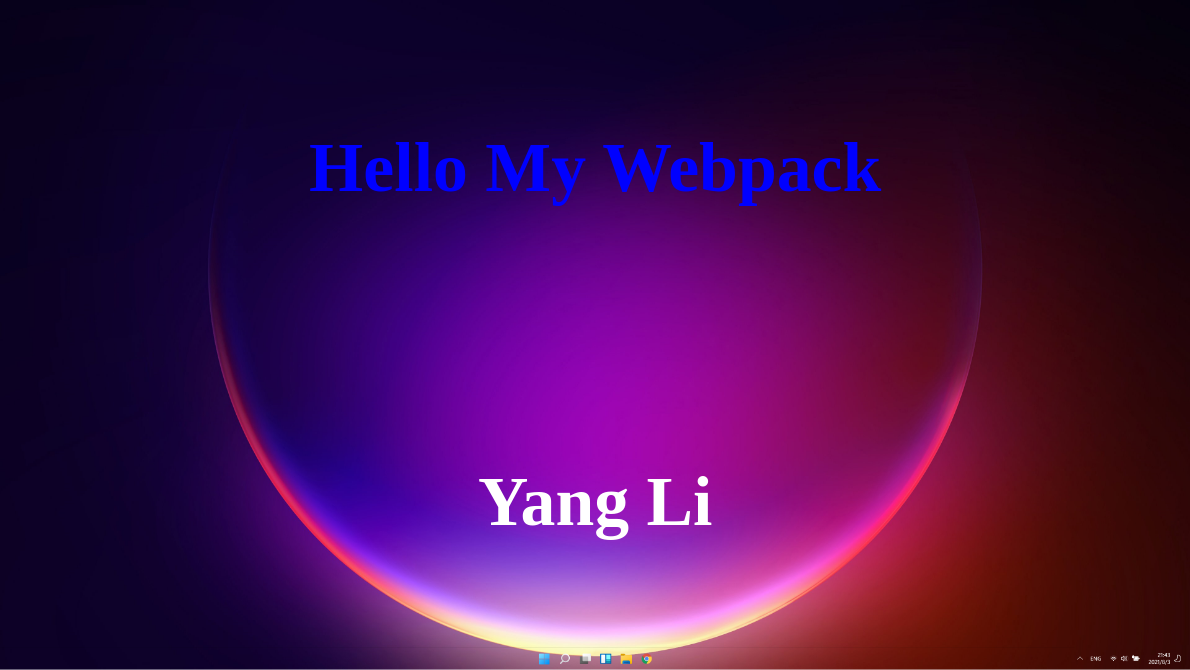
Repository: ErosHai/Home
Page: / (app in vscode/webpack/)
The author's editor kept a copy of each file at every save. The page is drawn from the files as they stood at one save, then again after the next save.
The browser window is 1280 px wide. The pictures show the whole page, at 93% of full size.
The project was rebuilt for these pictures with package versions that can differ from the ones it lists, and the page was loaded fresh each time. Also part of the build but not shown: vscode/webpack/webpack.config.js.

Above is the page before, as saved 2021-08-31 19:58:24.

After the next save:
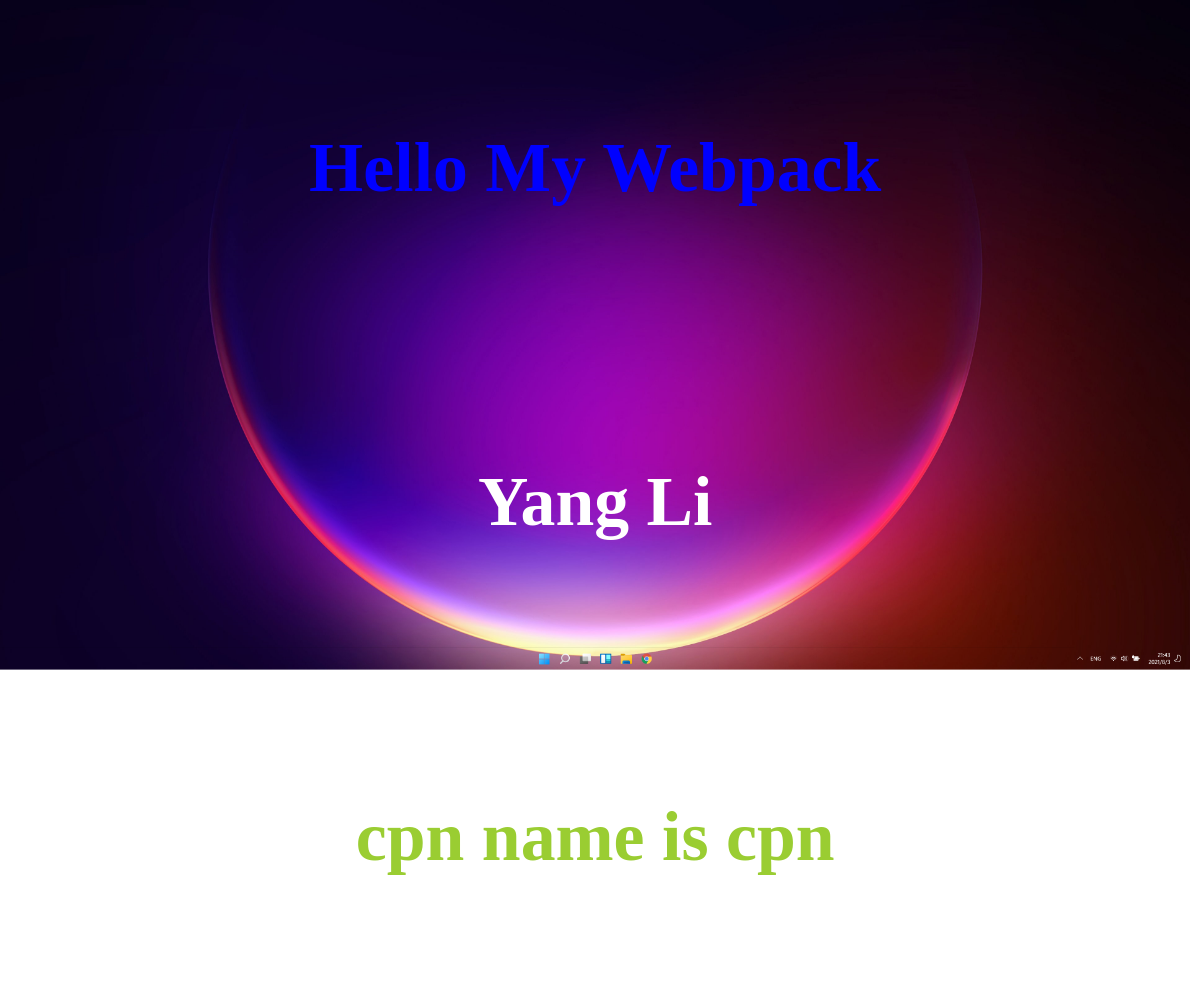
Saved 30 s later.
--- a/vscode/webpack/src/vue/app.vue
+++ b/vscode/webpack/src/vue/app.vue
@@ -2,7 +2,7 @@
   <div>
       <h2 class="title"> {{ msg }}</h2>
       <h2> {{ name }}</h2>
-      <Cpnvue></Cpnvue>
+      <CpnVue></CpnVue>
   </div>
 </template>
 
